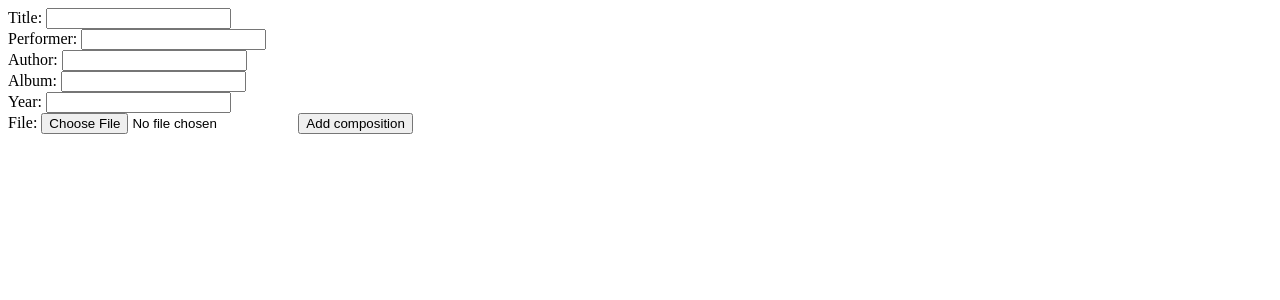
Repository: fmol2y/MusicMax
Page: http://localhost/MusicMax/newcomposition.jsp
An editor plug-in stored every save of this project. The page is shown before and after the next save, followed by the edit.
The browser window is 1280 px wide. The pictures show the whole page.
The page is served by Tomcat 9. Other server files are loaded and not shown.

Above is the page before, as saved 2016-04-25 15:50:56.

### MusicMax/src/main/webapp/newcomposition.jsp
<%@ page language="java" contentType="text/html; charset=ISO-8859-1"
    pageEncoding="ISO-8859-1"%>
<!DOCTYPE html PUBLIC "-//W3C//DTD HTML 4.01 Transitional//EN" "http://www.w3.org/TR/html4/loose.dtd">
<html>
<head>
<meta http-equiv="Content-Type" content="text/html; charset=ISO-8859-1">
<title>Upload new musical composition</title>
</head>
<body>
	<form action="" method="get">
		Title: <input type="text" name="name"><br>
		Performer: <input type="text" name="performer"><br>
		Author: <input type="text" name="author"><br>
		Album: <input type="text" name="album"><br>
		Year: <input type="text" name="year"><br>
		File: <input type="file" name="file">
		<input type="submit" value="Add composition">
	</form>
</body>
</html>

After the next save:
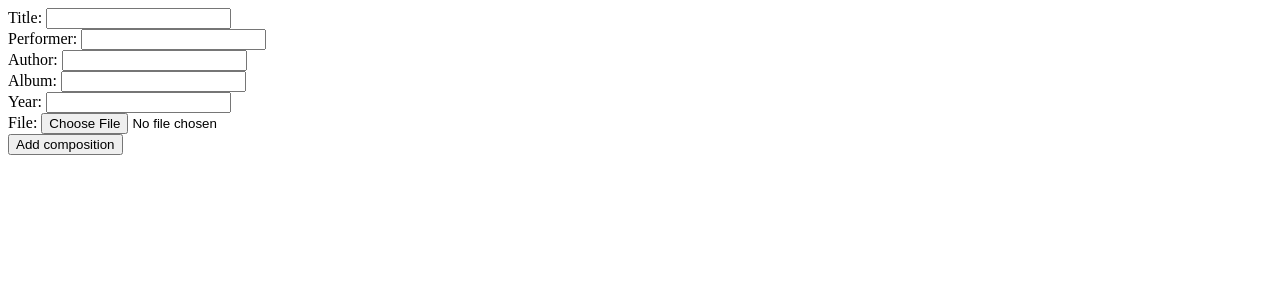
Saved 31 s later.
--- a/MusicMax/src/main/webapp/newcomposition.jsp
+++ b/MusicMax/src/main/webapp/newcomposition.jsp
@@ -13,7 +13,7 @@
 		Author: <input type="text" name="author"><br>
 		Album: <input type="text" name="album"><br>
 		Year: <input type="text" name="year"><br>
-		File: <input type="file" name="file">
+		File: <input type="file" name="file"><br>
 		<input type="submit" value="Add composition">
 	</form>
 </body>
